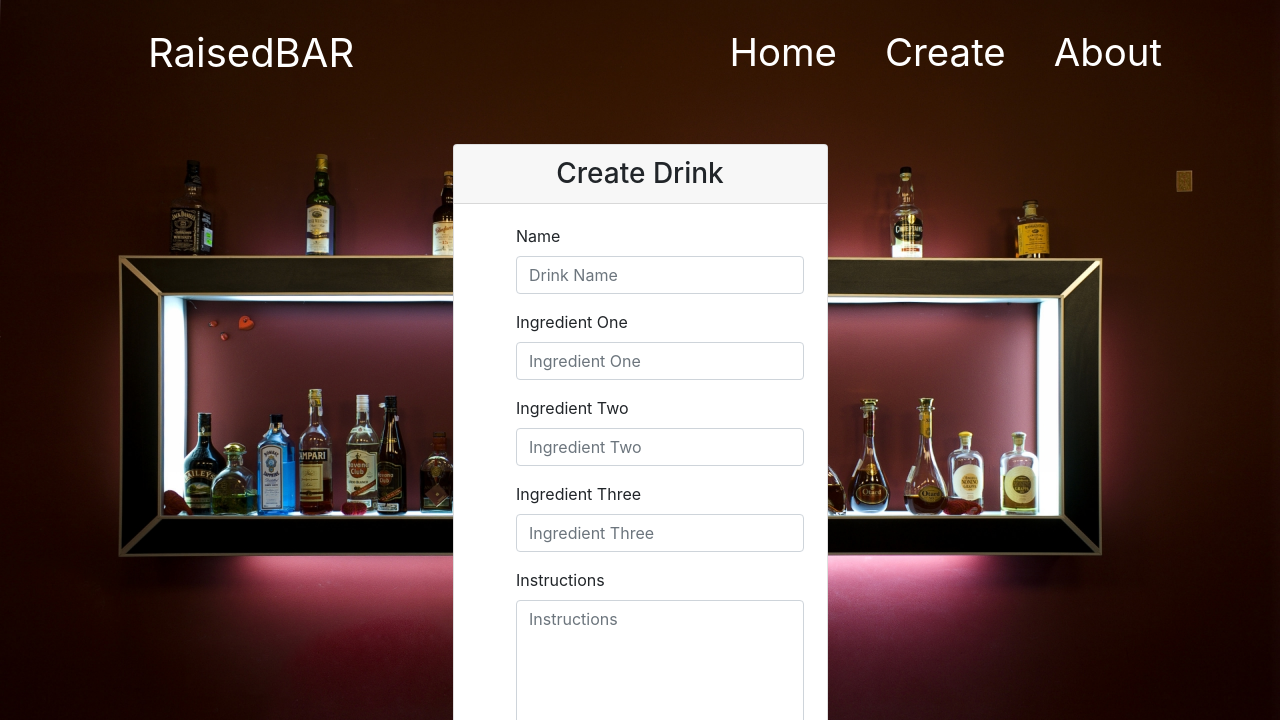
Repository: Ianodad/RaisedBar
Page: /create-drink
The author's editor kept a copy of each file at every save. The page is drawn from the files as they stood at one save, then again after the next save.
The browser window is 1280 px wide. The pictures show the whole page.
The project was rebuilt for these pictures with package versions that can differ from the ones it lists, and the page was loaded fresh each time. Also part of the build but not shown: src/api/client.js, src/api/cocktaildb.js, src/component/Search/index.js, src/component/Common/Button/Button.js, src/pages/Home.css, src/component/Common/showCard/Card.css, src/component/Common/showCard/Card.js, src/component/CollectionView/index.js and 4 more.

Above is the page before, as saved 2021-02-02 09:33:59.

After the next save:
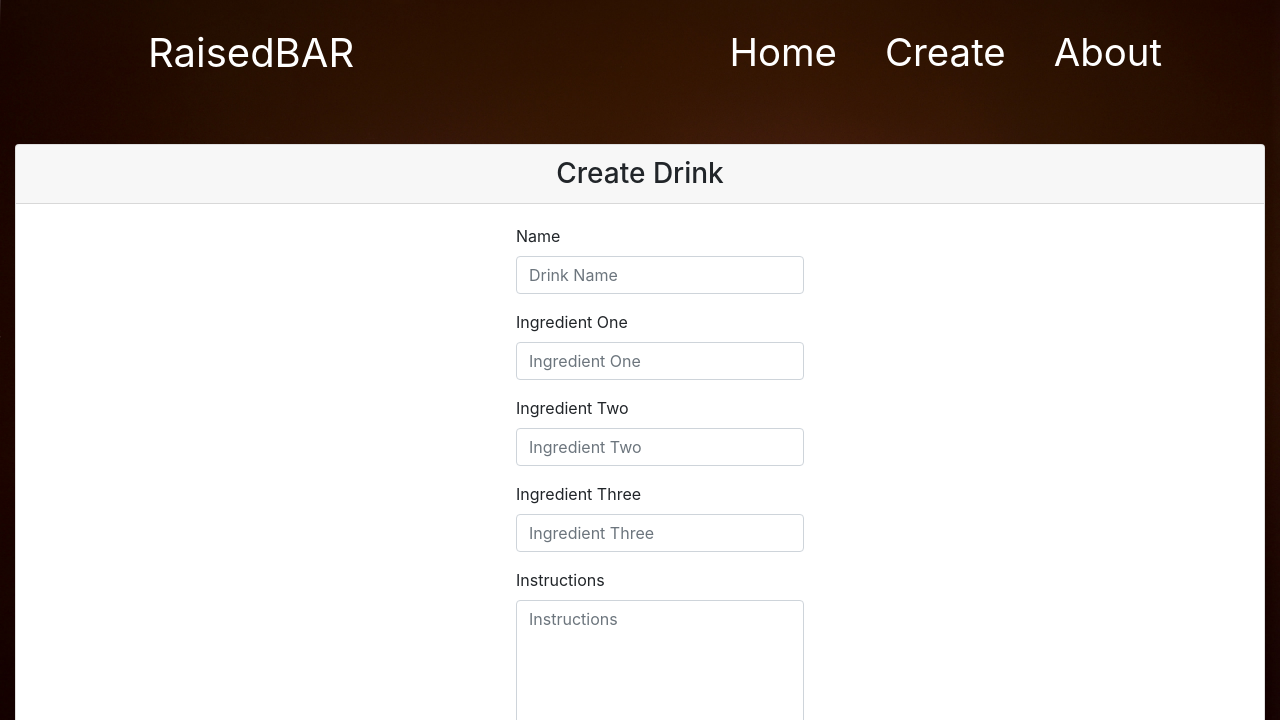
Saved 21 s later.
--- a/src/pages/CreateDrink.js
+++ b/src/pages/CreateDrink.js
@@ -65,7 +65,7 @@ class CreateDrink extends Component {
       <Layout className="container-fluid h-100">
         <div
           className="card card-outline-secondary mx-auto"
-          style={{ top: "20%", width: "30%" }}
+          style={{ top: "20%", }}
         >
           <div className="card-header">
             <h3 className="mb-0 text-center">Create Drink</h3>
